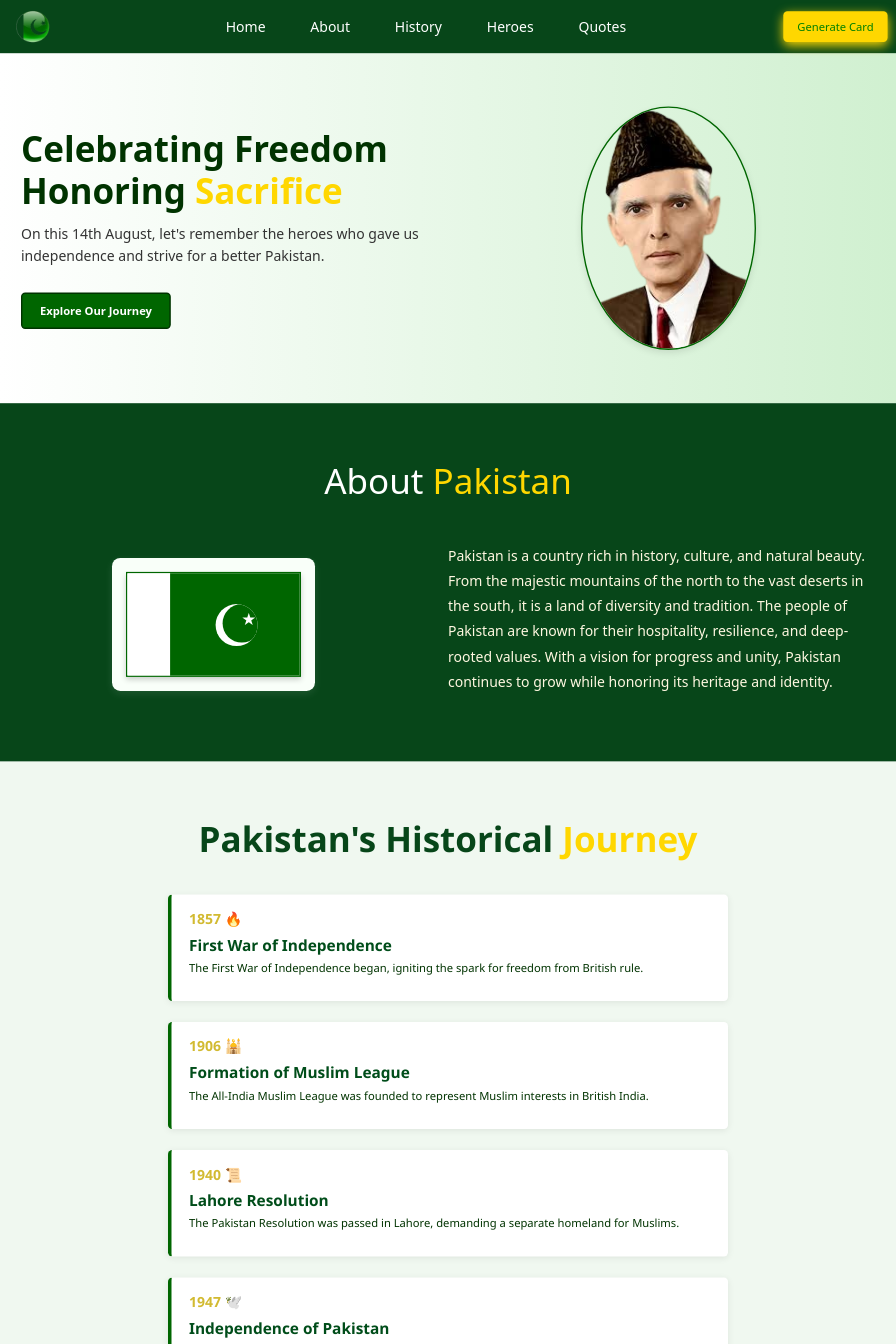
Repository: memonmuhammadali98/Pakistan-Independence-Day
Page: index.html
These files come from the project's save history. The page is drawn as it stood at one moment and after the next save; the edit follows.
The browser window is 1280 px wide. The pictures show the part of the page from y = 0 to 1920 px (the page is 6354 px tall), at 70% of full size.

Above is the page before, as saved 2025-08-09 21:27:11.

After the next save:
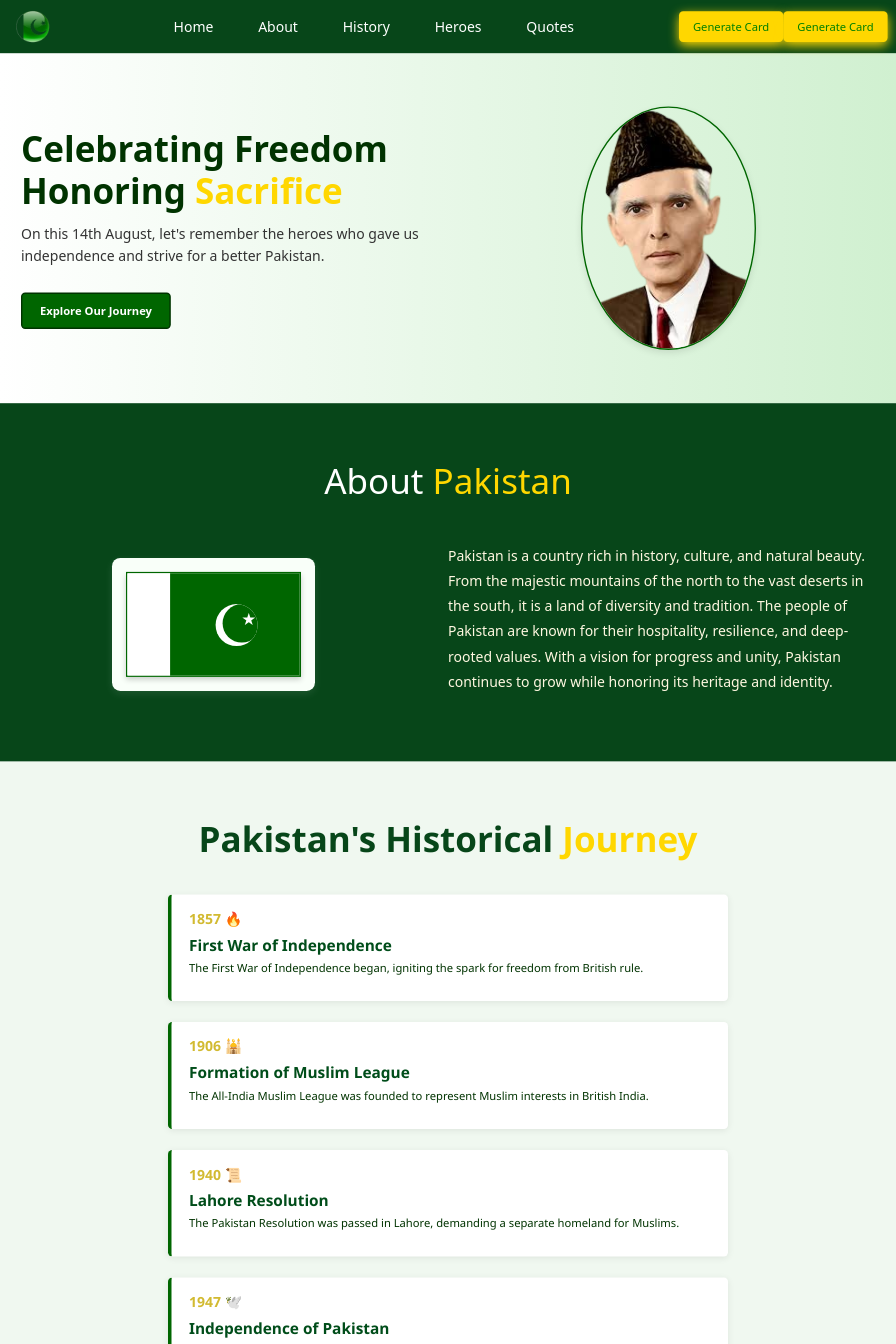
Saved 72 s later.
--- a/index.html
+++ b/index.html
@@ -45,6 +45,9 @@
           </li>
         </ul>
         <form class="d-flex" role="search" onsubmit="event.preventDefault()">
+          <button class="btn" type="submit" ><a href="#Generate-Card"></a> Generate Card</button>
+        </form>
+        <form class="d-flex" role="search" onsubmit="event.preventDefault()">
   <button class="btn" type="submit">Generate Card</button>
 </form>
 
